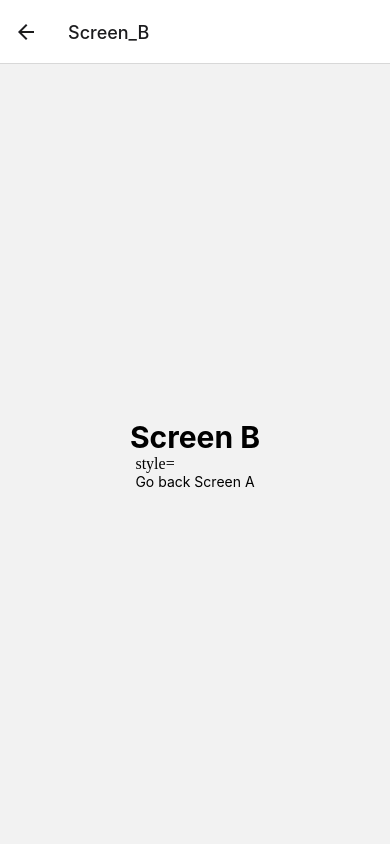
Repository: ntu34543/Navigation
Screen: /, after clicking the first element matching `div.r-cursor-1loqt21`
The author's editor kept a copy of each file at every save. The screen is drawn from the files as they stood at one save, then again after a run of saves.
The app was drawn by React Native's web renderer in a window 390 px wide. The project was rebuilt for these pictures with package versions that can differ from the ones it lists, and the page was loaded fresh each time.

Above is the screen before, as saved 2022-09-18 17:03:27.

### App.js
import { StatusBar } from "expo-status-bar";
import { StyleSheet, Text, View, Pressable } from "react-native";
import { NavigationContainer } from "@react-navigation/native";
import { createStackNavigator } from "@react-navigation/stack";

const Stack = createStackNavigator();

function ScreenA({ navigation }) {
  const onPressHandler = () => {
    navigation.navigate("Screen_B");
  };
  return (
    <View style={styles.body}>
      <Text style={styles.text}>Screen A</Text>
      <Pressable
        onPress={onPressHandler}
        style={({ pressed }) => ({
          backgroundColor: pressed ? "#ddd" : "#0f0",
        })}
      >
        <Text style={styles.text}>Go to the Screen B</Text>
      </Pressable>
    </View>
  );
}

function ScreenB() {
  const onPressHandler =({navigation}) => {
    navigation.navigate("Screen_A")
  }
  return (
    <View style={styles.body}>
      <Text style={styles.text}>Screen B</Text>
      <Pressable onPress={onPressHandler}>
        style=
        {({ pressed }) => ({
          backgroundColor: pressed ? "#ddd" : "black",
        })}
        <Text >Go back Screen A</Text>
      </Pressable>
    </View>
  );
}

export default function App() {
  return (
    <NavigationContainer>
      <Stack.Navigator>
        <Stack.Screen name="Screen_A" component={ScreenA} />
        <Stack.Screen name="Screen_B" component={ScreenB} />
      </Stack.Navigator>
    </NavigationContainer>
  );
}

const styles = StyleSheet.create({
  body: {
    flex: 1,
    justifyContent: "center",
    alignItems: "center",
  },
  text: {
    fontSize: 30,
    fontWeight: "bold",
  },
});

After the next 2 saves:
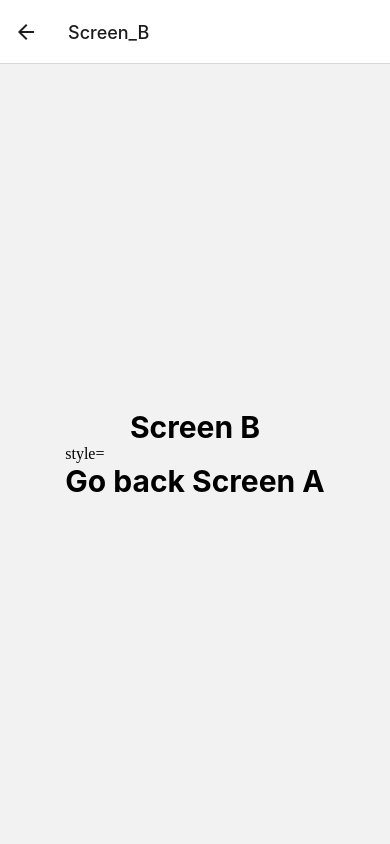
The 2 saves are shown as one change because they came seconds apart.
The last was saved 8 s later.
--- a/App.js
+++ b/App.js
@@ -36,7 +36,7 @@ function ScreenB() {
         {({ pressed }) => ({
           backgroundColor: pressed ? "#ddd" : "black",
         })}
-        <Text >Go back Screen A</Text>
+        <Text style={styles.text}>Go back Screen A</Text>
       </Pressable>
     </View>
   );
